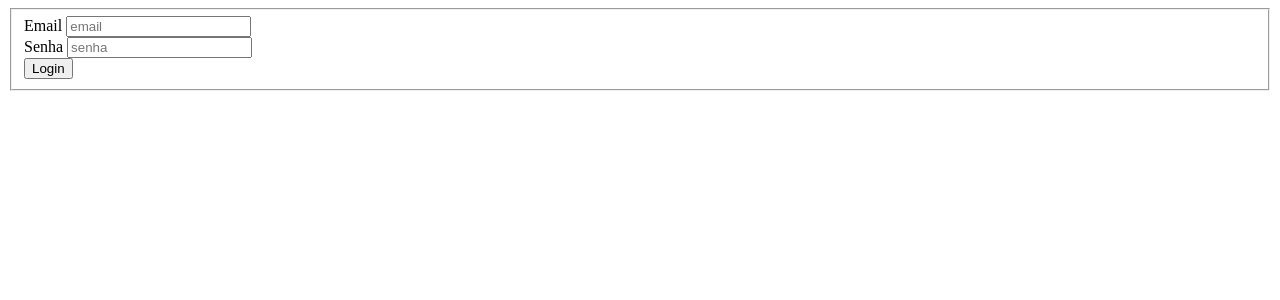
Repository: moises2112/Projetos
Page: http://localhost/Dog/LoginController.do?action=logar
An editor plug-in stored every save of this project. The page is shown before and after the next save, followed by the edit.
The browser window is 1280 px wide. The pictures show the whole page.
The page is served by Tomcat 9. Other server files are loaded and not shown.

Above is the page before, as saved 2017-06-09 01:49:43.

### Dog/WebContent/login.jsp

<%@ page language="java" contentType="text/html; charset=ISO-8859-1"
	pageEncoding="ISO-8859-1"%>
<%@ taglib uri="http://java.sun.com/jsp/jstl/core" prefix="c"%>
<!DOCTYPE HTML>
<html>
<head>
<meta http-equiv="Content-Type" content="text/html; charset=ISO-8859-1">

<title>Bem vindo ao Tindog</title>
</head>
<body>
	<form action="LoginController.do" method="post">
		<fieldset>
			<div>
				<label for="email">Email</label> <input type="text" name="email"
					placeholder="email" />
			</div>
			<div>
				<label for="senha">Senha</label> <input type="password" name="senha"
					placeholder="senha" />
			</div>
			<div>
				<input type="submit" value="Login" />
			</div>

		</fieldset>
	</form>

	<label><c:out value="${erroAoLogar}" /></label>


</body>
</html>

### Dog/src/br/com/dog/controller/LoginController.java
package br.com.dog.controller;

import java.io.IOException;

import java.sql.SQLException;

import javax.servlet.RequestDispatcher;
import javax.servlet.ServletConfig;
import javax.servlet.ServletException;
import javax.servlet.annotation.WebServlet;
import javax.servlet.http.HttpServlet;
import javax.servlet.http.HttpServletRequest;
import javax.servlet.http.HttpServletResponse;
import javax.servlet.http.HttpSession;
import br.com.dog.controller.util.NavegacaoUtil;
import br.com.dog.model.dao.CachorroDAO;
import br.com.dog.model.dao.UsuarioDAO;
import br.com.dog.model.dao.impl.jdbc.CachorroDao;
import br.com.dog.model.dao.impl.jdbc.UsuarioDao;
import br.com.dog.model.entity.Usuario;

/**
 * Servlet implementation class LoginController
 */
@WebServlet("/LoginController.do")
public class LoginController extends HttpServlet {
	private static final long serialVersionUID = 1L;

	/**
	 * Default constructor.
	 */

	/**
	 * @see HttpServlet#doGet(HttpServletRequest request, HttpServletResponse
	 *      response)
	 */
	protected void doGet(HttpServletRequest request, HttpServletResponse response)
			throws ServletException, IOException {

		RequestDispatcher view = request.getRequestDispatcher(NavegacaoUtil.LOGIN);
		view.forward(request, response);
	}

	/**
	 * @see HttpServlet#doPost(HttpServletRequest request, HttpServletResponse
	 *      response)
	 */
	protected void doPost(HttpServletRequest request, HttpServletResponse response)
			throws ServletException, IOException {
		String action = request.getParameter("action");
		RequestDispatcher view = null;
		if (action.equalsIgnoreCase("logar")) {
			UsuarioDAO userDAO = new UsuarioDao();

			String senhaDaTela = request.getParameter("senha");
			String emailDaTela = request.getParameter("email");

			Usuario usuario = null;

			try {
				// erro esta na linha abaixo
				usuario = userDAO.buscarLoginSenha(senhaDaTela, emailDaTela);

			} catch (SQLException e) {
				// TODO Auto-generated catch block
				e.printStackTrace();
			}

			if (usuario != null) {
				view = request.getRequestDispatcher(NavegacaoUtil.HOME);

				request.setAttribute("usuarioLogado", usuario);

				CachorroDAO dogDAO = new CachorroDao();
				try {
					request.setAttribute("myDogs", dogDAO.buscaPorUsuario(usuario));
				} catch (SQLException e) {
					// TODO Auto-generated catch block
					e.printStackTrace();
				}
				// HttpSession session = request.getSession();
				// session.setAttribute("usuario", usuario);
			} else {
				view = request.getRequestDispatcher(NavegacaoUtil.LOGIN);
				request.setAttribute("erroAoLogar", "Usuario ou senha inválido");
			}
		} else if (action.equalsIgnoreCase("logout")) {
			view = request.getRequestDispatcher(NavegacaoUtil.LOGIN);
			request.removeAttribute("usuarioLogado");
		}
		view.forward(request, response);
	}
}

After the next save:
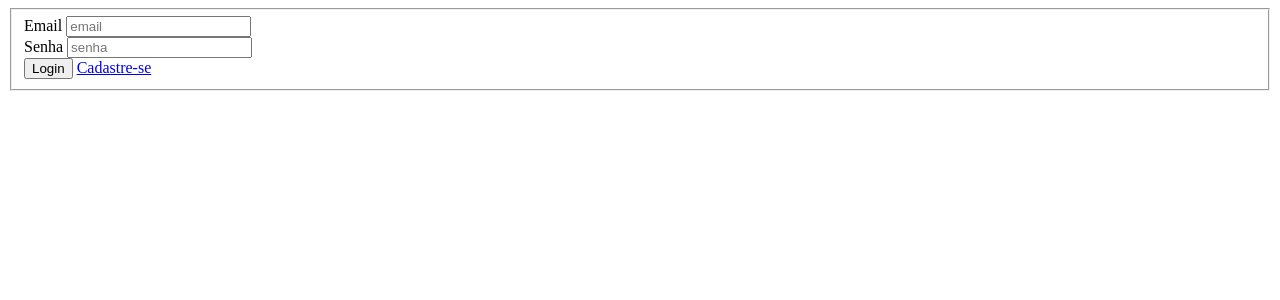
Saved 39 h 10 min later.
--- a/Dog/WebContent/login.jsp
+++ b/Dog/WebContent/login.jsp
@@ -21,7 +21,7 @@
 					placeholder="senha" />
 			</div>
 			<div>
-				<input type="submit" value="Login" />
+				<input type="submit" value="Login" /> <a href="/cadastrar.jsp">Cadastre-se</a>
 			</div>
 
 		</fieldset>
